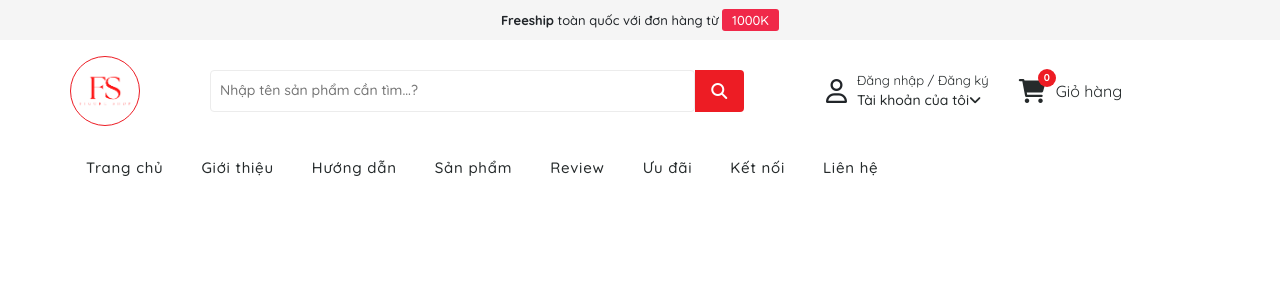
Repository: hayashi13597/ES6_ASM
Page: ASM1/index.html
An editor plug-in stored every save of this project. The page is shown before and after the next save, followed by the edit.
The browser window is 1280 px wide. The pictures show the whole page.
The style sheet was rebuilt from its Sass, Less or Tailwind sources for each picture, by a compiler version that may differ from the author's.

Above is the page before, as saved 2023-01-11 16:09:48.

After the next save:
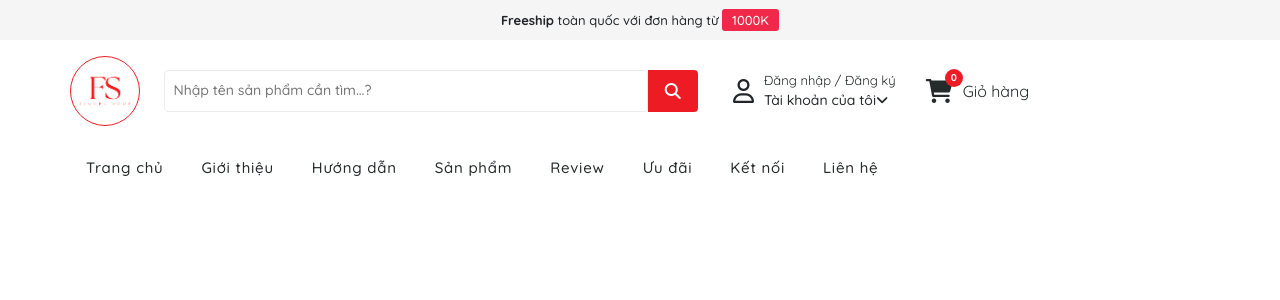
Saved 2 min 6 s later.
--- a/ASM1/index.html
+++ b/ASM1/index.html
@@ -39,14 +39,14 @@
       </div>
       <div class="container">
       <div class="row header-middle">
-        <a href="index.html" class="col-2 header-middle--logo"
+        <a href="index.html" class="col-1 header-middle--logo"
           ><img src="img/jewelry.png" alt=""
         /></a>
         <div class="col-6 header-middle--search">
           <input type="text" placeholder="Nhập tên sản phẩm cần tìm...?" />
           <button><i class="fa-solid fa-magnifying-glass"></i></button>
         </div>
-        <div class="col-4 header-middle--right">
+        <div class="col-5 header-middle--right">
           <div class="user">
             <div class="user-icon">
               <i class="fa-regular fa-user"></i>

After the save that followed:
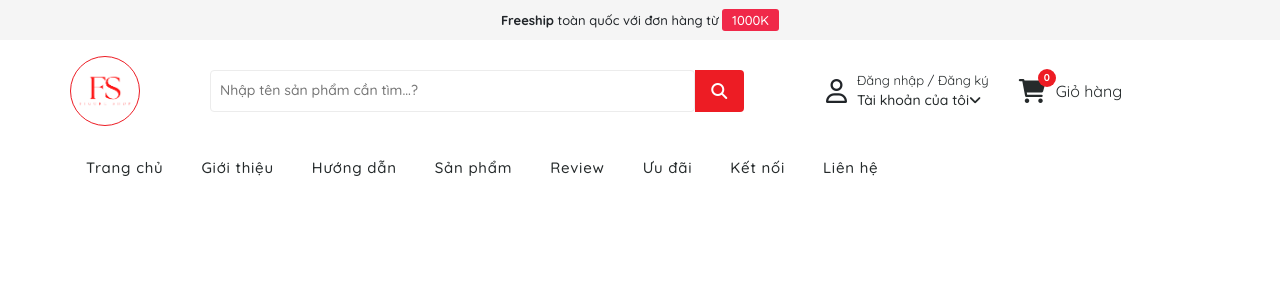
Saved 44 s later.
--- a/ASM1/index.html
+++ b/ASM1/index.html
@@ -42,11 +42,11 @@
         <a href="index.html" class="col-1 header-middle--logo"
           ><img src="img/jewelry.png" alt=""
         /></a>
-        <div class="col-6 header-middle--search">
+        <div class="col-7 header-middle--search">
           <input type="text" placeholder="Nhập tên sản phẩm cần tìm...?" />
           <button><i class="fa-solid fa-magnifying-glass"></i></button>
         </div>
-        <div class="col-5 header-middle--right">
+        <div class="col-4 header-middle--right">
           <div class="user">
             <div class="user-icon">
               <i class="fa-regular fa-user"></i>
